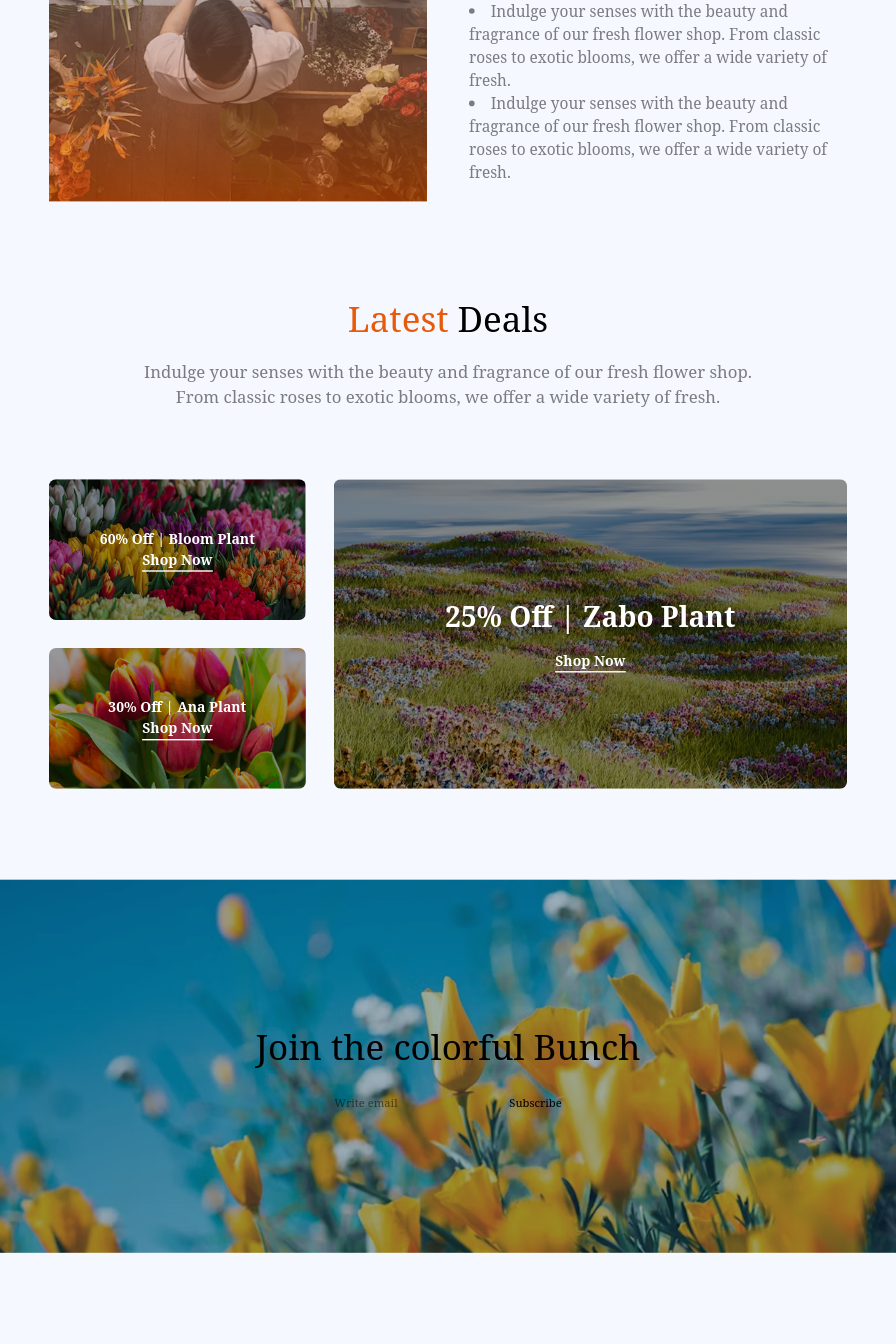
Repository: nahid-hasann/website-7
Page: index.html
An editor plug-in stored every save of this project. The page is shown before and after a run of saves, followed by the edit.
The browser window is 1280 px wide. The pictures show the part of the page from y = 2514 to 4434 px (the page is 4434 px tall), at 70% of full size.
Some web libraries are served in a nearby version.

Above is the page before, as saved 2025-07-24 21:18:38.

### index.html
<!DOCTYPE html>
<html lang="en">
<head>
    <meta charset="UTF-8">
    <meta name="viewport" content="width=device-width, initial-scale=1.0">
    <title> website-7 </title>
    <link rel="stylesheet" href="style.css">
     <script src="https://cdn.jsdelivr.net/npm/@tailwindcss/browser@4"></script>
    <link rel="stylesheet" href="https://cdnjs.cloudflare.com/ajax/libs/font-awesome/7.0.0/css/all.min.css" integrity="sha512-DxV+EoADOkOygM4IR9yXP8Sb2qwgidEmeqAEmDKIOfPRQZOWbXCzLC6vjbZyy0vPisbH2SyW27+ddLVCN+OMzQ==" crossorigin="anonymous" referrerpolicy="no-referrer" />
   <link rel="preconnect" href="https://fonts.googleapis.com">
<link rel="preconnect" href="https://fonts.gstatic.com" crossorigin>
<link href="https://fonts.googleapis.com/css2?family=Noto+Serif:ital,wght@0,100..900;1,100..900&display=swap" rel="stylesheet">
</head>
<body class="noto-serif-nahid">


    <header>
        <nav>
            <div class="nav-logo">
                <img src="assets/logo.png" alt="">
            </div>
            <div class="nav-menu">
                <ul>
                    <li class="ul-li" style="color: black; font-weight: bold;">Home</li>
                    <li class="ul-li" >Shop</li>
                    <li class="ul-li" >About us</li>
                    <li class="last-li" style="color: black;"><i class="fa-solid fa-cart-shopping"></i>Cart ($56)</li>
                </ul>
            </div>
        </nav>
    </header>

    <main>

        <section class="banner">
            <div class="banner-section">
                <div class="banner-description">
                    <h1>ALWAYS <span style="color: #e85a0a;">FRESH <br> FLOWERS</span></h1>
                    <p>Indulge your senses with the beauty and fragrance of our fresh flower shop. From classic roses to exotic blooms, we offer a wide variety of fresh flowers that are perfect for any occasion.  </p>
                </div>
                <div class="banner-img">
                    <img src="assets/hero-flower.png" alt="">
                </div>
            </div>
        </section>

        <section class="plants-section">
             <h1> <span style="color: #e85a0a;">Our</span> Plants</h1>
             <p>Indulge your senses with the beauty and fragrance of our fresh flower shop. From classic roses to exotic blooms, we offer a wide variety of fresh.</p>
             <div class="plants-card">
                <div class="card">
                    <img src="assets/sample-flower-image.png" alt="">
                    <h4>Lily Blossom</h4>
                    <h2>20 USD</h2>
                    <button class="btn">ADD TO CART</button>
                </div>
                 <div class="card">
                    <img src="assets/sample-flower-image.png" alt="">
                    <h4>Lily Blossom</h4>
                    <h2>20 USD</h2>
                    <button class="btn">ADD TO CART</button>
                </div>
                 <div class="card">
                    <img src="assets/sample-flower-image.png" alt="">
                    <h4>Lily Blossom</h4>
                    <h2>20 USD</h2>
                    <button class="btn">ADD TO CART</button>
                </div>
                 <div class="card">
                    <img src="assets/sample-flower-image.png" alt="">
                    <h4>Lily Blossom</h4>
                    <h2>20 USD</h2>
                    <button class="btn">ADD TO CART</button>
                </div>
                 <div class="card">
                    <img src="assets/sample-flower-image.png" alt="">
                    <h4>Lily Blossom</h4>
                    <h2>20 USD</h2>
                    <button class="btn">ADD TO CART</button>
                </div>
                 <div class="card">
                    <img src="assets/sample-flower-image.png" alt="">
                    <h4>Lily Blossom</h4>
                    <h2>20 USD</h2>
                    <button class="btn">ADD TO CART</button>
                </div>
                 <div class="card">
                    <img src="assets/sample-flower-image.png" alt="">
                    <h4>Lily Blossom</h4>
                    <h2>20 USD</h2>
                    <button class="btn">ADD TO CART</button>
                </div>
                 <div class="card">
                    <img src="assets/sample-flower-image.png" alt="">
                    <h4>Lily Blossom</h4>
                    <h2>20 USD</h2>
                    <button class="btn">ADD TO CART</button>
                </div>
             </div>
        </section>

        <section class="plants-lover-section">
            <div class="plants-lover-div">
                <div class="plants-lover-img">
                <img src="assets/flower-store.png" alt="">
                <div class="badge">
                    <img class="badge-img" src="assets/trusted-badge.png" alt="">
                </div>
            </div>
            <div class="plants-lover-content">
                <h1>Flower & Plants Lover</h1>
                <or>
                    <li>Indulge your senses with the beauty and fragrance of our fresh flower shop. From classic roses to exotic blooms, we offer a wide variety of fresh.</li>
                    <li>Indulge your senses with the beauty and fragrance of our fresh flower shop. From classic roses to exotic blooms, we offer a wide variety of fresh.</li>
                    <li>Indulge your senses with the beauty and fragrance of our fresh flower shop. From classic roses to exotic blooms, we offer a wide variety of fresh.</li>
                </or>
            </div>
            </div>
        </section>

        <section class="offer-main-section">

            <h1 class="text-[50px]"><span style="color: #e85a0a;">Latest</span>  Deals</h1>
            <p>Indulge your senses with the beauty and fragrance of our fresh flower shop. <br> From classic roses to exotic blooms, we offer a wide variety of fresh.</p>

           <div class="offer-section">
            <div class="card card-1">
                 <h3>60% Off | Bloom Plant</h3>
                 <a href="#">Shop Now</a>
            </div>
            <div class="card big-card">
                <h2>25% Off | Zabo Plant</h2>
                <a href="#">Shop Now</a>
            </div>
            <div class="card card-2">
                 <h3>30% Off | Ana Plant</h3>
                 <a href="#">Shop Now</a>
            </div>

           </div>

  </section>

  <section class="subscribe-section">

    <h1>Join the colorful Bunch</h1>

    <div class="subscibe">
        <input type="text" name="" placeholder="Write email" id="">
        <button>Subscribe</button>
    </div>
  </section>


    </main>




</body>
</html>

### style.css


*{
    margin: 0;
    padding: 0;
    box-sizing: border-box;
}


.noto-serif-nahid {
  font-family: "Noto Serif", serif;
  font-optical-sizing: auto;
  font-style: normal;
  font-variation-settings:
    "wdth" 100;
}

body{
    background-color: #f5f8ff;
}



/* header suru  */

header{
   margin: 20px auto;
   max-width: 1140px;
}

nav{
    display: flex;
    justify-content: space-between;
    align-items: center;
}

.nav-logo img{
    width: 100%;
}

.nav-menu ul{
     display: flex;
     gap: 30px;
     align-items: center;
     justify-content: center;
     margin: auto 0;
}

.nav-menu ul li{
    color: rgba(137, 135, 161, 1);
    font-weight: 400;
}


/* header sesh  */

/* banner-section  */

.banner{
    margin: 230px auto 130px auto;
    max-width: 1140px;

}

.banner-section{
     display: flex;
     align-items: end;
     justify-content: center;
}

.banner-description h1{
    font-size: 65px;
    font-weight: 800;

}

.banner-description p{
    font-size: 22px;
    color: #7b7c80;
}

.banner-img img{
    max-width: 570px;
}

/* banner-section  */

/* plants-section suru */

.plants-section{
    width: 1140px;
    margin: 130px auto;
}

.plants-section h1{
    text-align: center;
    font-size: 50px;
    margin-bottom: 14px;
    font-weight: 700;
}

.plants-card{
    display: grid;
    grid-template-columns: 1fr 1fr 1fr 1fr;
    gap: 30px;
    row-gap: 60px;
    margin-top: 60px;
}

.plants-section p{
    font-size: 22px;
    color: #7b7c80;
    text-align: center;
}

.card {
    display: flex;
    flex-direction: column;
    align-items: center;
    justify-content: center;
}

.card h4{
    font-size: 22px;
    font-weight: 300;
    margin-top: 18px;
}

.card h2{
    font-size: 22px;
    font-weight: 700;
    margin-bottom: 18px;
}

.btn{
    background-color: #e85a0a;
    width: 100%;
    padding: 13px 0;
    color: white;
}

/* plants-section sesh  */

/* plants-lover-section suru  */

.plants-lover-section{
    width: 1140px;
    margin: 180px auto 130px auto;
}



.plants-lover-div{
     display: grid;
     grid-template-columns: 1fr 1fr;
    align-items: center;
    justify-content: center;
    gap: 60px;
}

.plants-lover-img{
    position: relative;
}

.badge-img{
    position: absolute;
    top: -80px;
    right: -80px;
    width: 200px;
    z-index: 999;
     animation-name: zoominout;
    animation-timing-function: ease-in-out;
    animation-iteration-count: infinite;
    animation-duration: 4s;
}

@keyframes zoominout{
    0%, 100%{
        transform: scale(1);
    }

    50%{
        transform: scale(1.1);
    }
}



.plants-lover-content h1{
     font-size: 50px;
     font-weight: 700;
}

.plants-lover-content or li{
    font-size: 22px;
    color: #7b7c80;
}

/* plants-lover-section sesh  */


/* offer-section start  */

.offer-main-section{
    width: 1140px;
    margin: 130px auto;
}

.offer-main-section h1{
    text-align: center;
    margin-bottom: 20px;
}

.offer-main-section p{
    color: #7b7c80;
    text-align: center;
    margin-bottom: 100px;
    font-size: 24px;
}

.offer-section{
    display: grid;
    grid-template-columns: 1fr 2fr;
    margin: auto;
    width: 1140px;
    gap: 40px;
    grid-auto-rows: 201px;
    margin-top: 50px;
}

.card{
    border-radius: 10px;
}

.card h3{
    font-size: 20px;
    font-weight: 600;
    color: white;
}

.card a{
    border-bottom: 2px solid white;
    color: white;
    font-size: 20px;
    font-weight: 600;
}

.big-card h2{
    font-size: 40px;
    color: white;
}

.card-1{
    background: linear-gradient(rgba(0, 0, 0, 0.4), rgba(0, 0, 0, 0.4)), url('assets/deal-bloom.png') ;
    height: 201px;
    grid-column: 1;
    grid-row: 1;
     background-repeat: no-repeat;
    background-position: center;
    background-size: cover;
}

.big-card{
    background: linear-gradient(rgba(0, 0, 0, 0.4), rgba(0, 0, 0, 0.4)),   url('assets/deal-zabo.png');
    grid-column: 2;
    grid-row: span 2;
    background-repeat: no-repeat;
    background-position: center;
    background-size: cover;
}

.card-2{
        background: linear-gradient(rgba(0, 0, 0, 0.4), rgba(0, 0, 0, 0.4)),   url('assets/deal-ana.png');
        height: 201px;
        grid-column: 1;
    grid-row: 2;
     background-repeat: no-repeat;
    background-position: center;
    background-size: cover;
}

/* offer-section end  */

/* subscribe-section start  */

.subscribe-section{
    margin: 130px 0;
    background: url('assets/news-letter-bg.png') ;
    height: 533px;
    display: flex;
    flex-direction: column;
    align-items: center;
    justify-content: center;
}

.subscribe-section h1{
    font-size: 50px;
    text-align: center;
    margin-bottom: 30px;
    font
}

/* subscribe-section end  */








/* media screen  */

@media screen and (max-width:575px) {
    header{
        width: 100%;
    }

nav{
    margin:0 30px;

}

.nav-logo img{
    width: 63px;
}
    .ul-li{
        display: none;
    }

    .banner{
        max-width: 575px;
        margin-top: 70px ;
        margin-bottom: 70px;
    }

    .banner-section{
        flex-direction: column-reverse;

    }

    .banner-description{
        margin-left: 30px;
    }

    .banner-description h1{
    font-size: 24px;
}

.banner-description p{
    font-size: 14px;
}

.banner-img img{
    max-width: 400px;
    margin-bottom: 80px;
}

.plants-section{
    width: 100% ;
    padding: 0 20px ;
    margin: 70px 0;

}

.plants-card{
    display: grid;
    grid-template-columns: 1fr 1fr;
    gap: 20px;
    row-gap: 40px;
}

.plants-section h1{
    font-size: 24px;
}
.plants-section p{
    font-size: 14px;
}

.card h4{
    font-size: 15px;
}

.card h2{
    font-size: 15px;
}

.btn{
    font-size: 15px;
}

.plants-lover-section{
    width: 100%;
    margin: 70px 0;
    padding: 0 20px;
}

.plants-lover-div{
    grid-template-columns: 1fr;
}

.badge-img{
    display: none;
}


.plants-lover-content h1{
    font-size: 24px;
    margin-top: -30px;
}

.plants-lover-content or li{
    font-size: 14px;
}

.plants-lover-content or li:nth-child(2){
    margin-top: 15px;
    margin-bottom: 15px;
}

.plants-lover-content or li:first-child{
    margin-top: 15px;
}

.offer-main-section{
    width: 100%;
    padding: 0 20px;
    margin-top: 70px ;
    margin-bottom: 70px;
}

.offer-main-section h1{
    font-size: 24px;
}

.offer-main-section p{
    font-size: 14px;
    margin-top: 15px;
}

.offer-section{
    grid-template-columns: 1fr;
    width: 100%;
    margin: 0px 0 70px 0;
    padding: 0 20px;
}

.card h3 {
    font-size: 15px;
}

.card a{
    font-size: 15px;
}

.big-card h2{
    font-size: 15px;
}

.card-1{
    grid-column: 1;
    grid-row: 1;
}

.card-2{
    grid-column: 1;
    grid-row: 2;
}

.big-card{
    grid-column: 1;
    grid-row: 3;
}


}

After the next 4 saves:
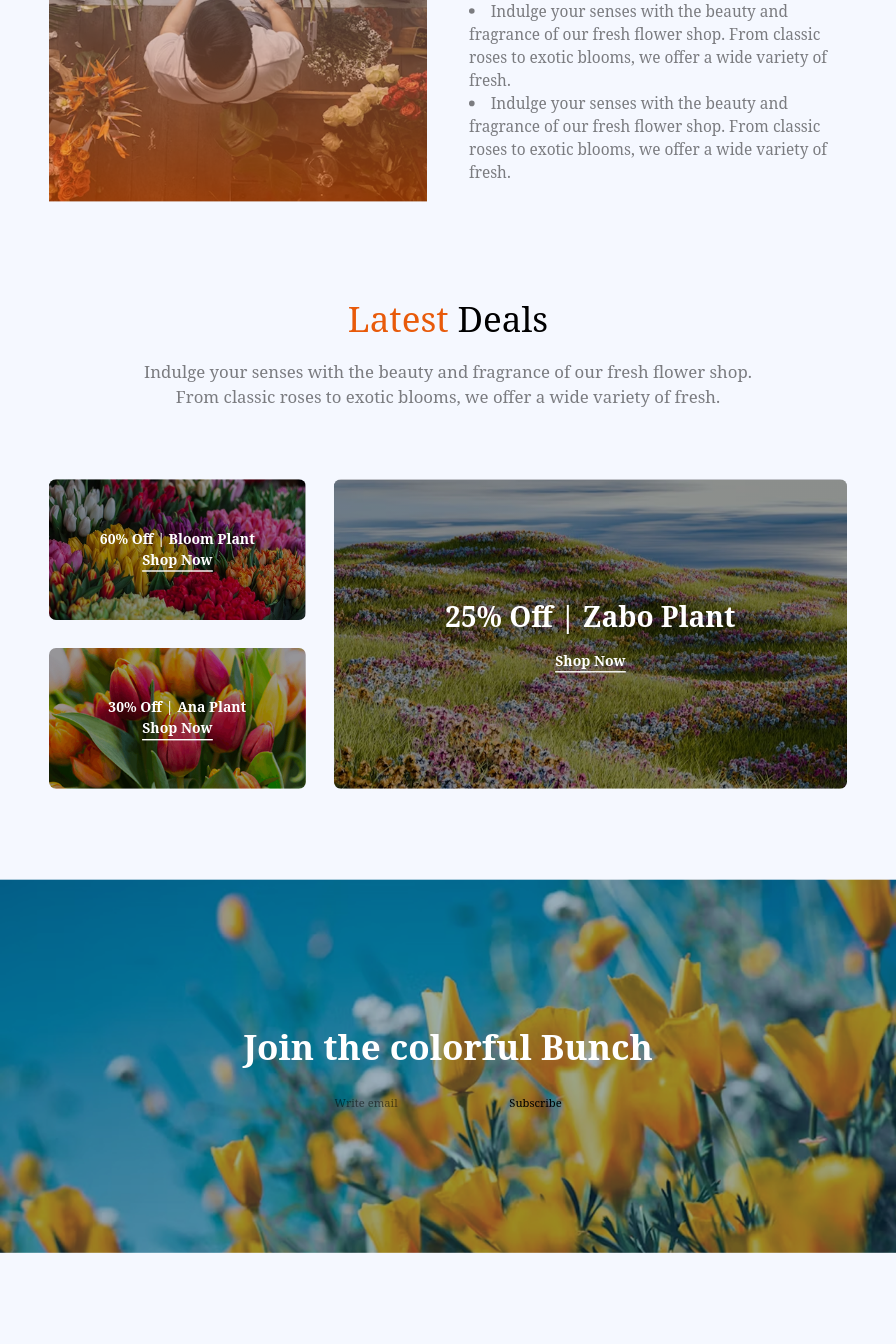
The 4 saves are shown as one change because they came seconds apart.
The last was saved 11 s later.
--- a/style.css
+++ b/style.css
@@ -297,7 +297,8 @@ nav{
     font-size: 50px;
     text-align: center;
     margin-bottom: 30px;
-    font
+    color: white;
+    font-weight: 700;
 }
 
 /* subscribe-section end  */
